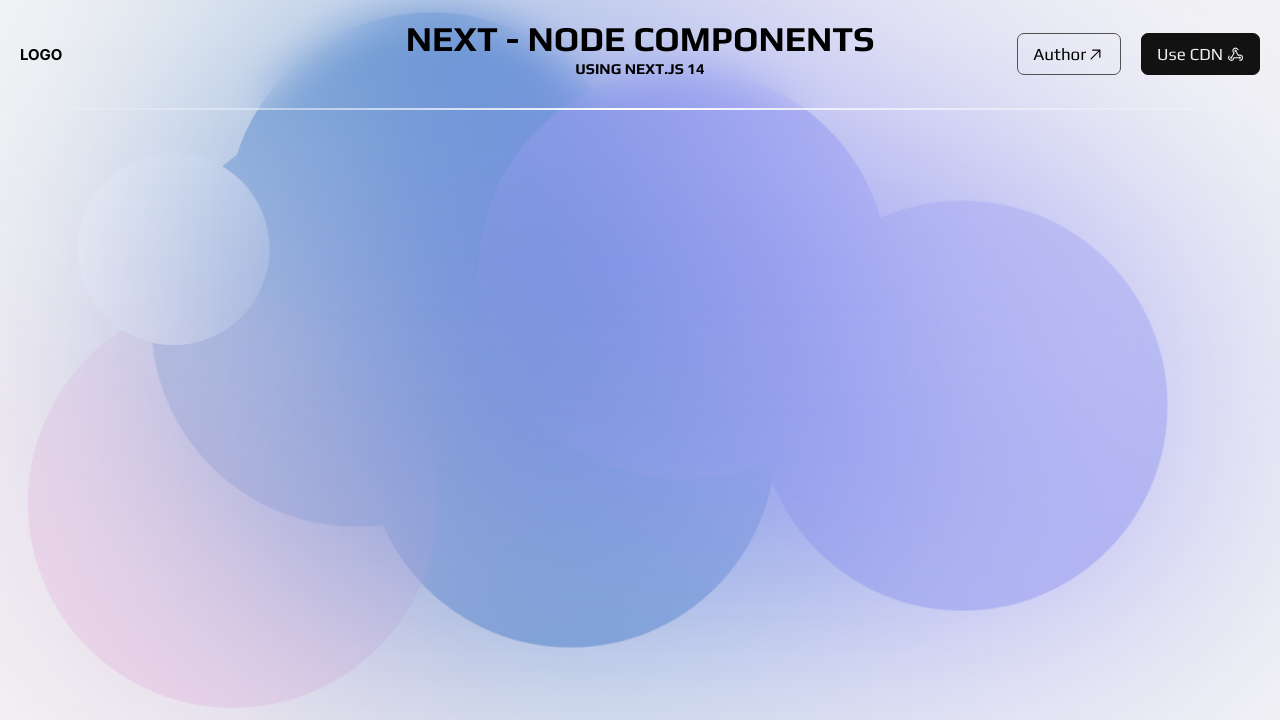
Repository: keval-gohil/komponents
Page: /
These files come from the project's save history. The page is drawn as it stood at one moment and after the next save; the edit follows.
The browser window is 1280 px wide. The pictures show the whole page.
Some web fonts or font styles are not loaded; a fallback is used. The project was rebuilt for these pictures with package versions that can differ from the ones it lists, and the page was loaded fresh each time. The framework's server and built-in components were replaced by stand-ins that run in the browser. Also part of the build but not shown: next.config.mjs.

Above is the page before, as saved 2024-03-07 13:30:22.

### app/layout.js
import { Inter } from "next/font/google";
import "./globals.css";

const inter = Inter({ subsets: ["latin"] });

export const metadata = {
  title: "Komponents | Next-Node",
  description: "Generated by create next app",
};

export default function RootLayout({ children }) {
  return (
    <html lang="en" suppressHydrationWarning={true}>
      <body className={inter.className}>{children}</body>
    </html>
  );
}

### app/page.js
import Background from '@/components/reuse/background'
import Header from '@/components/reuse/header'
import React from 'react'

const page = () => {
  return (
    <>
      <Background />
      <Header />
    </>
  )
}

export default page

### app/globals.css

*,
*:before,
*:after {
	padding: 0;
	margin: 0;
	box-sizing: border-box;
	-webkit-tap-highlight-color: transparent;
}

html {
	scroll-behavior: smooth;
	font-size: 10px;
}

body {
	width: 100%;
	height: 100%;
	overflow-x: hidden;
	background-color: whitesmoke;
}

.bouncing-blob {
	width: 32vw;
	aspect-ratio: 1;
	border-radius: 50%;
	will-change: transform;
	position: absolute;
	z-index: 1;
	top: 0;
	left: 0;
	transform-origin: left top;
  }

  .bouncing-blob--blue {
	background: #4783c7;
  }

  .bouncing-blob--white {
	background: #ffffff;
	z-index: 2;
	width: 15vw;
  }

  .bouncing-blob--purple {
	background: #8c8ff1;
  }

  .bouncing-blob--pink {
	background: #e289cd50;
  }

  .bouncing-blobs-container {
	position: fixed;
	z-index: -1;
	top: 0;
	left: 0;
	width: 100%;
	height: 100%;
  }

  .bouncing-blobs-glass {
	position: absolute;
	z-index: 2;
	top: 0;
	left: 0;
	width: 100%;
	height: 100%;
	backdrop-filter: blur(140px);
	-webkit-backdrop-filter: blur(140px);
	pointer-events: none;
  }

  .bouncing-blobs {
	position: absolute;
	z-index: 1;
	top: 0;
	left: 0;
	width: 100%;
	height: 100%;
  }

  .main-content {
	display: flex;
	flex-direction: column;
	justify-content: center;
	align-items: center;
	width: 100%;
  }




  @media (max-width: 1200px) {
	.bouncing-blobs-glass {
	  backdrop-filter: blur(120px);
	  -webkit-backdrop-filter: blur(120px);
	}
  }

  @media (max-width: 500px) {
	.bouncing-blob {
	  width: 60vw;
	}
	.bouncing-blob--white {
	  width: 30vw;
	}
	.bouncing-blobs-glass {
	  backdrop-filter: blur(90px);
	  -webkit-backdrop-filter: blur(90px);
	}

  }

### components/reuse/background.js
'use client'
import React, { useEffect } from 'react';

const MIN_SPEED = 1.5;
const MAX_SPEED = 2.5;

function randomNumber(min, max) {
  return Math.random() * (max - min) + min;
}

class Blob {
  constructor(el) {
    this.el = el;
    const boundingRect = this.el.getBoundingClientRect();
    this.size = boundingRect.width;
    this.initialX = randomNumber(0, window.innerWidth - this.size);
    this.initialY = randomNumber(0, window.innerHeight - this.size);
    this.el.style.top = `${this.initialY}px`;
    this.el.style.left = `${this.initialX}px`;
    this.vx =
      randomNumber(MIN_SPEED, MAX_SPEED) * (Math.random() > 0.5 ? 1 : -1);
    this.vy =
      randomNumber(MIN_SPEED, MAX_SPEED) * (Math.random() > 0.5 ? 1 : -1);
    this.x = this.initialX;
    this.y = this.initialY;
  }

  update() {
    this.x += this.vx;
    this.y += this.vy;
    if (this.x >= window.innerWidth - this.size) {
      this.x = window.innerWidth - this.size;
      this.vx *= -1;
    }
    if (this.y >= window.innerHeight - this.size) {
      this.y = window.innerHeight - this.size;
      this.vy *= -1;
    }
    if (this.x <= 0) {
      this.x = 0;
      this.vx *= -1;
    }
    if (this.y <= 0) {
      this.y = 0;
      this.vy *= -1;
    }
  }

  move() {
    this.el.style.transform = `translate(${this.x - this.initialX}px, ${
      this.y - this.initialY
    }px)`;
  }
}

function Background() {
  useEffect(() => {
    const blobEls = document.querySelectorAll('.bouncing-blob');
    const blobs = Array.from(blobEls).map((blobEl) => new Blob(blobEl));

    function update() {
      requestAnimationFrame(update);
      blobs.forEach((blob) => {
        blob.update();
        blob.move();
      });
    }

    requestAnimationFrame(update);

    return () => cancelAnimationFrame(update);
  }, []);

  return (
    <div className="bouncing-blobs-container">
      <div className="bouncing-blobs-glass"></div>
      <div className="bouncing-blobs">
        <div className="bouncing-blob bouncing-blob--blue"></div>
        <div className="bouncing-blob bouncing-blob--blue"></div>
        <div className="bouncing-blob bouncing-blob--blue"></div>
        <div className="bouncing-blob bouncing-blob--white"></div>
        <div className="bouncing-blob bouncing-blob--purple"></div>
        <div className="bouncing-blob bouncing-blob--purple"></div>
        <div className="bouncing-blob bouncing-blob--pink"></div>
      </div>
    </div>
  );
}

export default Background;

### components/reuse/header.js
import React from 'react'
import Style from '@/components/reuse/styles/style.css'

const Header = () => {
  return (
    <>
        <nav>
            <h1>LOGO</h1>
            <h2>Next - Node Components<span>using Next.js 14</span></h2>
            <div>
              <button>Author <i className='mynaui--arrow-up-right'></i></button>
              <button>Use CDN&nbsp;<i className='ph--webhooks-logo'></i></button>
            </div>
        </nav>
    </>
  )
}

export default Header

### components/reuse/styles/style.css

@import url('https://fonts.googleapis.com/css2?family=Anta&family=Play:wght@400;700&display=swap');


nav{
    display: flex;
    justify-content: space-between;
    align-items: center;
    background: transparent;
    backdrop-filter: blur(20px);
    height: 11rem;
    border-bottom: 0.2rem solid transparent;
    border-image: linear-gradient(0.25turn, rgba(56,2,155,0), #fff, rgba(56,2,155,0));
    border-image-slice: 1;
    padding: 0 2rem;
}
nav h1, nav div{
    width: 20%;
}
nav h2{
    display: flex;
    flex-direction: column;
    text-align: center;
    font-family: "Play", sans-serif;
    font-weight: 800;
    text-transform: uppercase;
    line-height: 3rem;
    font-size: 3.5rem;
}
nav h2 span{
    font-size: 1.5rem;
    margin: 0;
    padding: 0;
}

nav div{
    display: flex;
    justify-content: end;
    gap: 2rem;
}
nav div button{
    display: flex;
    align-items: end;
    font-size: 1.7rem;
    padding: 1rem 1.5rem;
    padding-bottom: 1rem;
    border: 0.1rem solid #525252;
    border-radius: 0.7rem;
    background: transparent;
    cursor: pointer;
    font-family: "Play", sans-serif;
}
nav div button .mynaui--arrow-up-right {
    display: inline-block;
    width: 1.1em;
    height: 1.1em;
    --svg: url("data:[embedded picture, 231 characters]");
    background-color: currentColor;
    -webkit-mask-image: var(--svg);
    mask-image: var(--svg);
    -webkit-mask-repeat: no-repeat;
    mask-repeat: no-repeat;
    -webkit-mask-size: 100% 100%;
    mask-size: 100% 100%;
}
nav div button .ph--webhooks-logo {
    display: inline-block;
    width: 1em;
    height: 1em;
    --svg: url("data:[embedded picture, 574 characters]");
    background-color: currentColor;
    -webkit-mask-image: var(--svg);
    mask-image: var(--svg);
    -webkit-mask-repeat: no-repeat;
    mask-repeat: no-repeat;
    -webkit-mask-size: 100% 100%;
    mask-size: 100% 100%;
}

nav div button:nth-child(2){
    background: #121212;
    border-color: #121212;
    color: #f0f0f0;
    align-items: center;
}
nav div button:hover {
    text-decoration: underline;
}

After the next save:
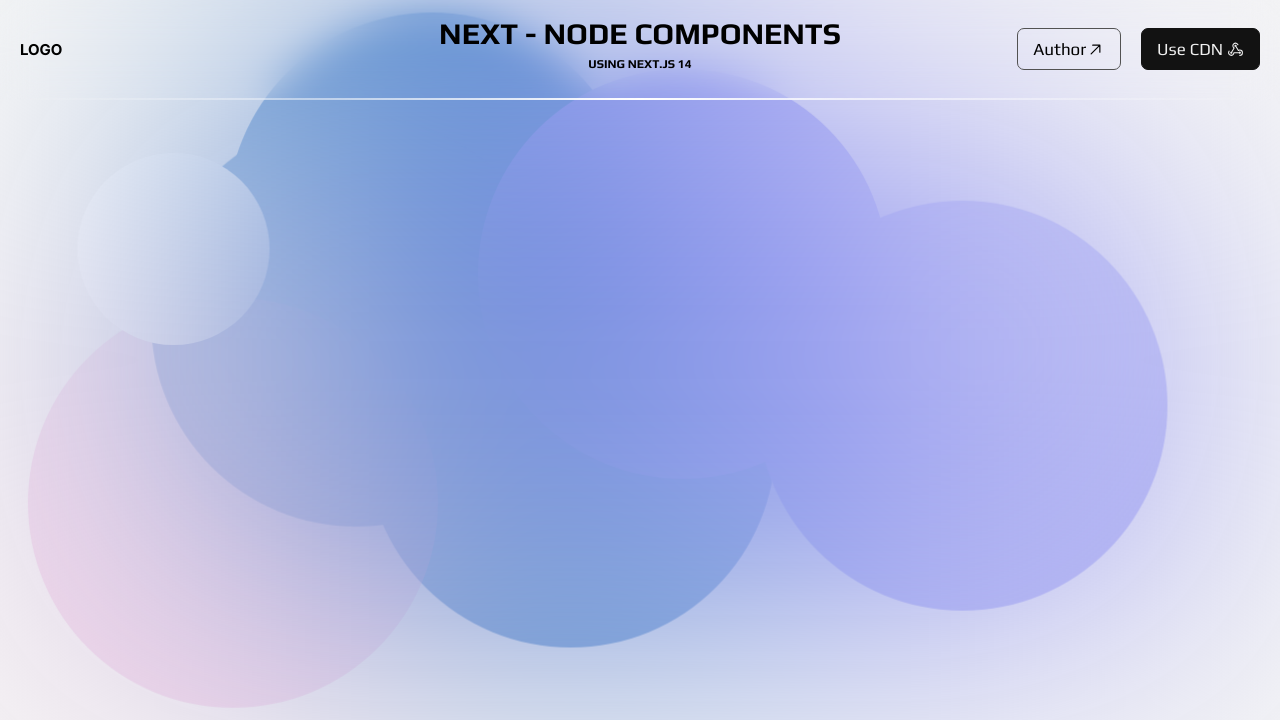
Saved 15 s later.
--- a/components/reuse/styles/style.css
+++ b/components/reuse/styles/style.css
@@ -8,7 +8,7 @@
     align-items: center;
     background: transparent;
     backdrop-filter: blur(20px);
-    height: 11rem;
+    height: 10rem;
     border-bottom: 0.2rem solid transparent;
     border-image: linear-gradient(0.25turn, rgba(56,2,155,0), #fff, rgba(56,2,155,0));
     border-image-slice: 1;
@@ -25,10 +25,10 @@
     font-weight: 800;
     text-transform: uppercase;
     line-height: 3rem;
-    font-size: 3.5rem;
+    font-size: 3rem;
 }
 nav h2 span{
-    font-size: 1.5rem;
+    font-size: 1.2rem;
     margin: 0;
     padding: 0;
 }
